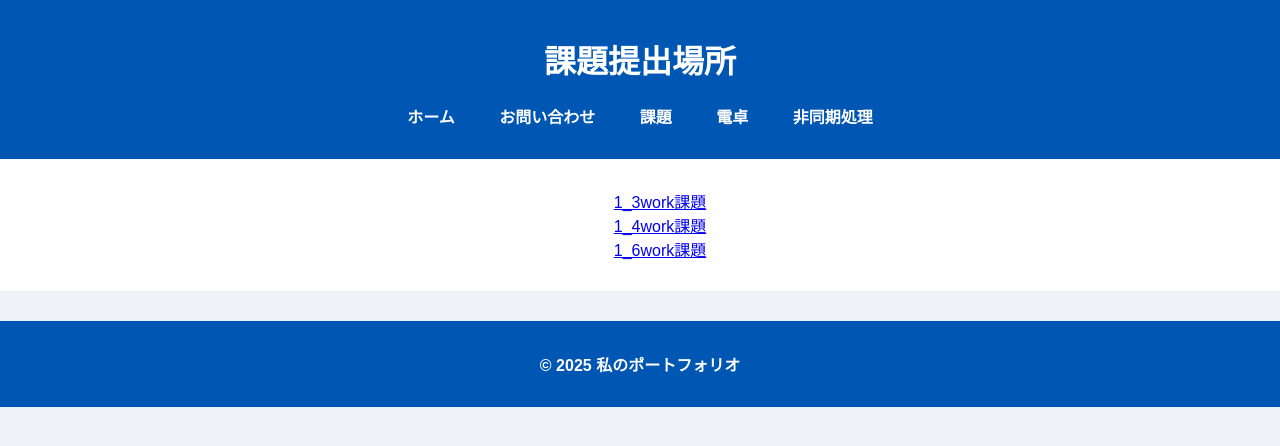
Repository: Takimidxgs/my-portfolio
Page: work.html
These files come from the project's save history. The page is drawn as it stood at one moment and after the next save; the edit follows.
The browser window is 1280 px wide. The pictures show the whole page.

Above is the page before, as saved 2026-10-16 15:33:24.
Not found: css/calulate.css

### work.html
<!DOCTYPE html>
<html lang="ja">
<head>
    <meta charset="UTF-8">
    <meta name="viewport" content="width=device-width, initial-scale=1.0">
    <title>お問い合わせ</title>
    <link rel="stylesheet" href="css/style.css">
    <link rel="stylesheet" href="css/calulate.css">
    <style>
        .work-list{
            margin: auto;
            list-style: none;
        }
    </style>
</head>
<body>
    <header>
        <h1>課題提出場所</h1>
        <nav>
            <ul class="nav-list">
                <li><a href="../index.html">ホーム</a></li>
                <li><a href="contact.html">お問い合わせ</a></li>
                <li><a href="work.html">課題</a></li>
                <li><a href="calculate.html">電卓</a></li>
                <li><a href="1_6_non_sync.html">非同期処理</a></li>
            </ul>
        </nav>
    </header>
    <main>
        <section>
            <ul class="work-list">
                <li><a href="JavaScriptWork/work_1_3/1_3function.html">1_3work課題</a></li>
                <li><a href="JavaScriptWork/work_1_4/1_4.html">1_4work課題</a></li>
                <li><a href="JavaScriptWork/work_1_6/1_6.html">1_6work課題</a></li>
            </ul>
        </section>
    </main>
    <footer>
        <p>&copy; 2025 私のポートフォリオ</p>
    </footer>
</body>

</html>

### css/style.css
body {
    font-family: Arial, sans-serif;
    margin: 0;
    padding: 0;
    background-color: #eef2f7;
    color: #333;
}

header {
    background-color: #0056b3;
    color: white;
    padding: 15px 0;
    text-align: center;
}

.nav-list {
    list-style: none;
    padding: 0;
    text-align: center;
}

.nav-list li {
    display: inline;
    margin: 0 20px;
}

.nav-list li a{
    color: white;
    text-decoration: none;
    font-weight: bold;
}

main {
    padding: 30px;
    text-align: center;
    background-color: #ffffff;
}

.profile-img {
    width: 150px;
    border-radius: 50%;
    margin-bottom: 15px;
    border: 3px solid #0056b3;
}

.skills {
    background-color: #cce5ff;
    padding: 20px;
    border-radius: 10px;
    margin-top: 20px;
    box-shadow: 0px 4px 8px rgba(0, 0, 0, 0.1);
}

.skill-list li {
    background:#007bff;
    color: white;
    padding: 8px;
    margin: 5px 0;
    border-radius: 5px;
    display: inline-block;
}

.portfolio {
    background-color: #e3f2fd;
    padding: 20px;
    border-radius: 10px;
    margin-top: 20px;
    box-shadow: 0px 4px 8px rgba(0, 0, 0, 0.1);
}

.portfolio h2 {
    color: #004080;
    border-bottom: 3px solid #007bff;
    display: inline-block;
    padding-bottom: 5px;
}

portfolio-items {
    display: flex;
    justify-content: center;
    gap: 20px;
    margin-top: 20px;
}

.portfolio-items img {
    width: 220px;
    height: 160px;
    border-radius: 8px;
    border: 3px solid #007bff;
    background-color: #f8f9fa;
    padding: 5px;
    box-shadow: 0px 4px 8px rgba(0,0,0, 0.1);

}

.contact-form {
    max-width: 400px;
    margin: auto;
    background: white;
    padding: 20px;
    border-radius: 8px;
    box-shadow: 0px 0px 10px rgba(0,0,0, 0.2)
}

label, input, textarea, button {
    display: block;
    width: 100%;
    margin-bottom: 12px;
}

button {
    background-color: #0056b3;
    color: white;
    padding: 12px;
    border: none;
    border-radius: 5px;
    cursor: pointer;
    font-size: 16px;
}

footer {
    text-align: center;
    padding: 15px;
    background-color: #0056b3;
    color: white;
    margin-top: 30px;
    font-weight: bold;
}

After the next save:
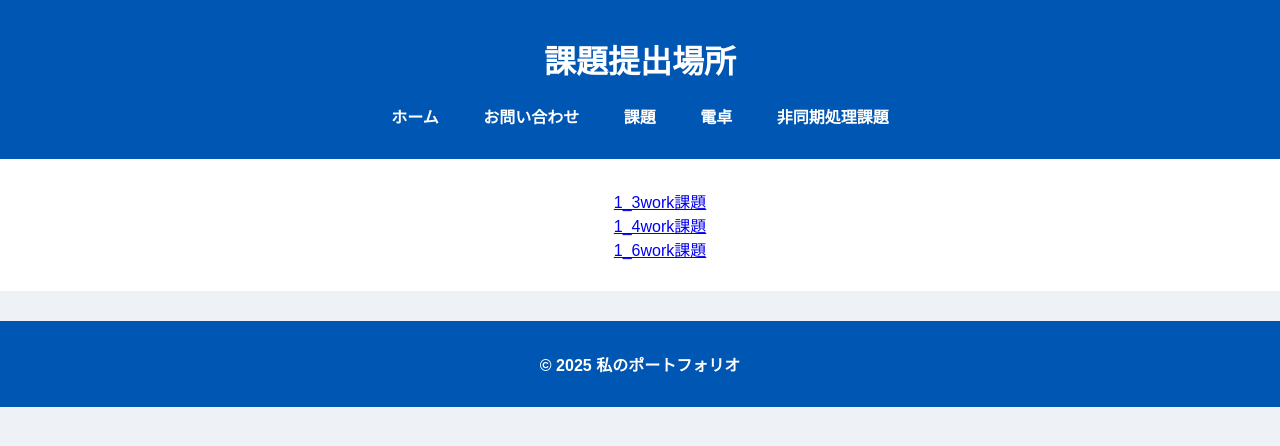
Saved 6 s later.
--- a/work.html
+++ b/work.html
@@ -22,7 +22,7 @@
                 <li><a href="contact.html">お問い合わせ</a></li>
                 <li><a href="work.html">課題</a></li>
                 <li><a href="calculate.html">電卓</a></li>
-                <li><a href="1_6_non_sync.html">非同期処理</a></li>
+                <li><a href="1_6_non_sync.html">非同期処理課題</a></li>
             </ul>
         </nav>
     </header>
